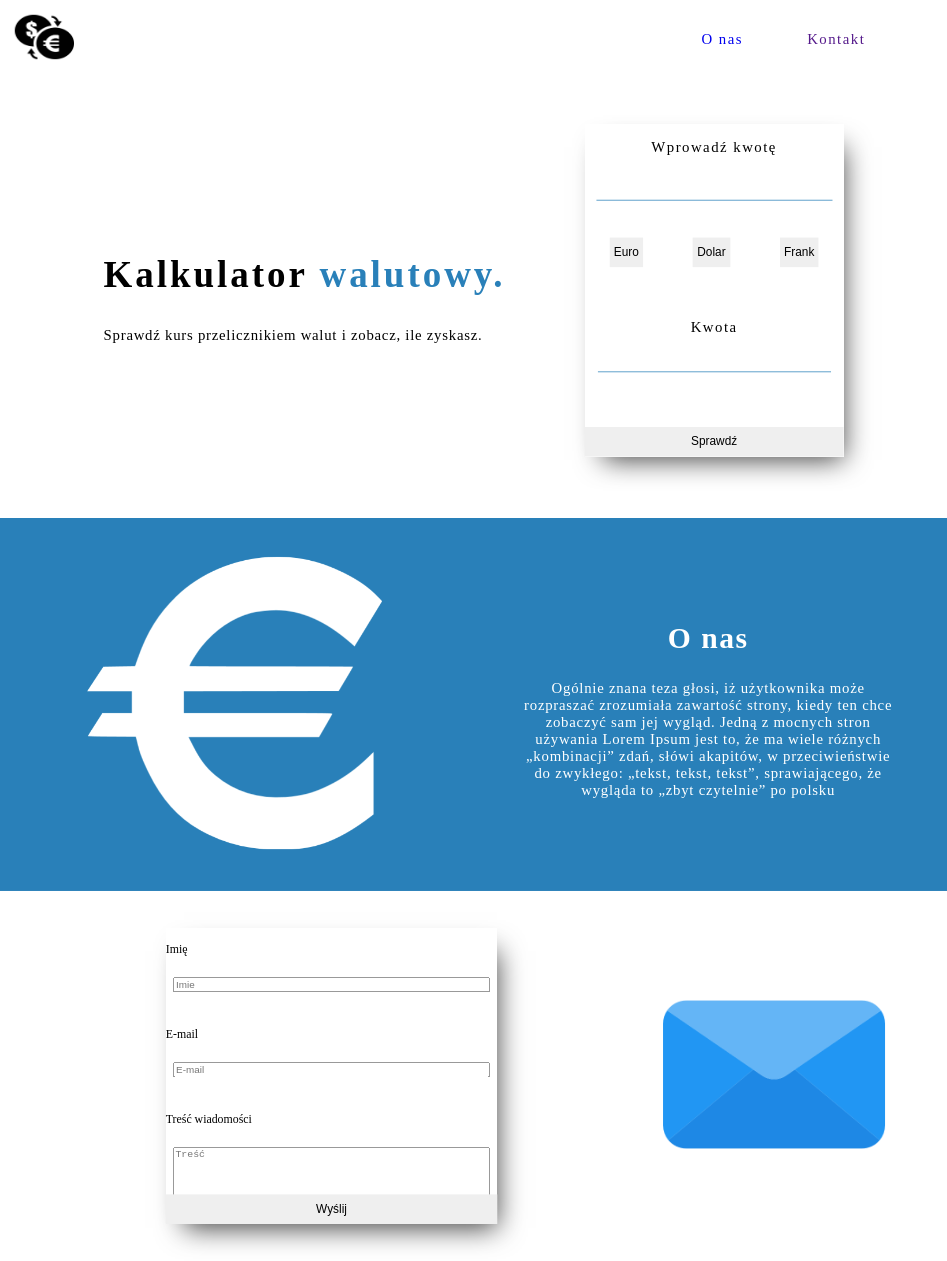
Repository: SebastianArmata22/Kalkulator-walut
Page: index.html
The author's editor kept a copy of each file at every save. The page is drawn from the files as they stood at one save, then again after the next save.
The browser window is 1280 px wide. The pictures show the whole page, at 74% of full size.

Above is the page before, as saved 2020-10-24 14:10:50.

### index.html
<!DOCTYPE html>

<html>
    <head>
        <meta charset="utf-8">
        <meta http-equiv="X-UA-Compatible" content="IE=edge">
        <title>Kalkulator walut</title>
        <meta name="description" content="">
        <meta name="viewport" content="width=device-width, initial-scale=1">
        <link rel="stylesheet" href="style.css">
    </head>
    <body>

    <div class="container">
        <nav>
        <div class="menu-container">
            <div class="logo">
                <img src="./photos/logo.png">
            </div>
            <div class="menu">
                <ul>
                    <li><a href="#about-us">O nas</a></li>
                    <li><a href="">Kontakt</a></li>
                </ul>
            </div>
        </div>
        </nav>
        <section>
        <div class="main-content">
            <div class="calculator-content">
            <div class="text">
                <h1>Kalkulator <span>walutowy.</span></h1>
                <p>Sprawdź kurs przelicznikiem walut i zobacz, ile zyskasz.</p>
            </div>
            <div class="calculator ">
                <label for="inputNumber" class="text-label">Wprowadź kwotę</label><br>
                <input type="text" id="inputNumber">
                    <div class="inp-div">
                        <button id="euro">Euro</button>
                        <button id="euro">Dolar</button>
                        <button id="euro">Frank</button>
                    </div>
                <label for="outputNumber" class="text-label"> Kwota</label><br>
                <div id="outputNumber"></div>
                <button id="check">Sprawdź</button>
            </div>
        </div>
        <div class="about-us" id="about-us">
            <div class="photo-euro">
                <img src="./photos/euro-512.png">
            </div>
            <div class="abous-us-contact">
                <h1>O  nas</h1>
                <p>Ogólnie  znana  teza  głosi,  iż  użytkownika  może  rozpraszać  zrozumiała
                    zawartość  strony, kiedy ten chce zobaczyć sam jej wygląd.
                    Jedną z mocnych stron używania Lorem Ipsum jest to, że ma wiele różnych
                     „kombinacji” zdań, słówi akapitów, w przeciwieństwie do zwykłego: „tekst,
                        tekst,   tekst”,   sprawiającego,   że   wygląda   to   „zbyt   czytelnie”
                           po   polsku</p>
            </div>
        </div>
        </section>
        <div class="contact">
            <div class="contact-form-container">
            <form class="contact-form">
                <label for="">Imię</label><br />
                <input class="name" type="text" placeholder="Imie"><br />
                <label for="">E-mail</label><br />
                <input class="email" type="email" placeholder="E-mail"><br />
                <label for="">Treść wiadomości</label><br />
                <textarea class="text-area"  placeholder="Treść"></textarea>
                <button class="">Wyślij</button>

            </form>
        </div>
            <div class="contact-img">
                <img src="./photos/email.png">
            </div>
        </div>
    </div>
    </div>
        <script src="script.js" ></script>
    </body>
</html>

### style.css
body{
    margin: 0;
    padding: 0;
    box-sizing: border-box;
}
.container{
width: 100%;
}
.menu-container{
    position: relative;
    display: flex;
    align-items: center;
}
.logo img{
    position: relative;
    top: 0;
    left: 0;
    height: 60px;
    width: 80px;
    padding: 20px;
}
.menu{

    position: absolute;
    right: 0;
   margin-right: 50px;
}
.menu ul li{
    display: inline-flex;
    justify-content: space-around;
}
.menu ul li a{
    display: flex;
    text-decoration: none;
    height: 50px;
    width: 100px;
    justify-content: center;
    align-items: center;
    font-size: 20px;
    letter-spacing: 2px;
    margin-right: 50px;
}

.menu ul li a:hover{
    border-bottom: 5px solid #2980b9;
    margin-bottom: -5px;
    transition: all 0.3s ease-out;

}
.main-content{
    display: flex;
    align-items: center;
    justify-content: center;
    flex-wrap: wrap;
}
.calculator-content{
    min-width: 1000px;
    height: 80vh;
    display: flex;
    align-items: center;
    justify-content:space-between;
}
.calculator{
    display: flex;
    flex-direction: column;
    box-shadow: 12px 18px 35px -13px rgba(0,0,0,0.75);
    height: 450px;
    width: 350px;
    text-align: center;
}
.text h1{
    font-size: 50px;
    letter-spacing: 4px;
}
.text p{
    font-size: 20px;
    letter-spacing: 1px;

}
#outputNumber{
    width: 90%;
    height: 30px;
    border-bottom: 1px solid #2980b9;
    margin: auto;
    margin-top: 0;

}
.calculator button{
    height: 40px;
    border-style: none;
    font-size: 16px;
}
.calculator button:hover{
    background-color: #2980b9;
    color: white;
    transition: all 0.3s ease-out;
}
.calculator input[type=text]{
    border-style: none;
    height: 40px;
    border-bottom: 1px solid #2980b9;
    width: 90%;
    margin: auto;
    margin-top: 0px;
    margin-bottom: 50px;
}
.text-label{
    margin-top: 20px;
    font-size: 20px;
    letter-spacing: 2px;
}

.inp-div{
    display: flex;
    flex-direction: row;
    align-items: center;
    justify-content: space-around;

}

.inp-div button{
margin-bottom: 50px;
}
.text span{
    color: #2980b9;
}
.about-us{
    display: flex;
    justify-content: space-around;
    align-items: center;
    margin-top: 20px;
    text-align: center;
    background-color: #2980b9;
}
.about-us img{
    height: 400px;
}
.abous-us-contact{
    width: 40%;
}
.abous-us-contact h1{
    letter-spacing: 2px;
    font-size: 40px;
    color: white;
}
.abous-us-contact p{
    font-size: 20px;
    letter-spacing: 1px;
    color: white;

}
.photo-euro{
    padding: 50px;
}
.contact{
    display: flex;
    align-items: center;
    justify-content: space-s;
    margin: 50px 0 50px 0;
}
.contact-form{
    display: flex;
    flex-direction: column;
    box-shadow: 12px 18px 35px -13px rgba(0,0,0,0.75);
    width: 50%;
    height: 400px;
    position: relative;
    text-align: left;

}
.contact-form input {
    margin: 10px;
}
.contact-form textarea
{
    margin: 10px;
    height: 100px;
}
.contact-form label {
    margin: 20px 0 0 0;
}
.contact-form button{
position: absolute;
bottom: 0;
width: 100%;
height: 40px;
border-style: none;
font-size: 16px;
}
.contact-form button:hover{
    background-color: #2980b9;
    color: white;
    transition: all 0.3s ease-out;
}

.contact-form-container{
    width: 70%;
    display: flex;
    align-items: center;
    justify-content: center;
}
.contact-img img{
max-width: 300px;

}

Loaded but not shown: script.js (no copy from this time; the picture is the same without it)

After the next save:
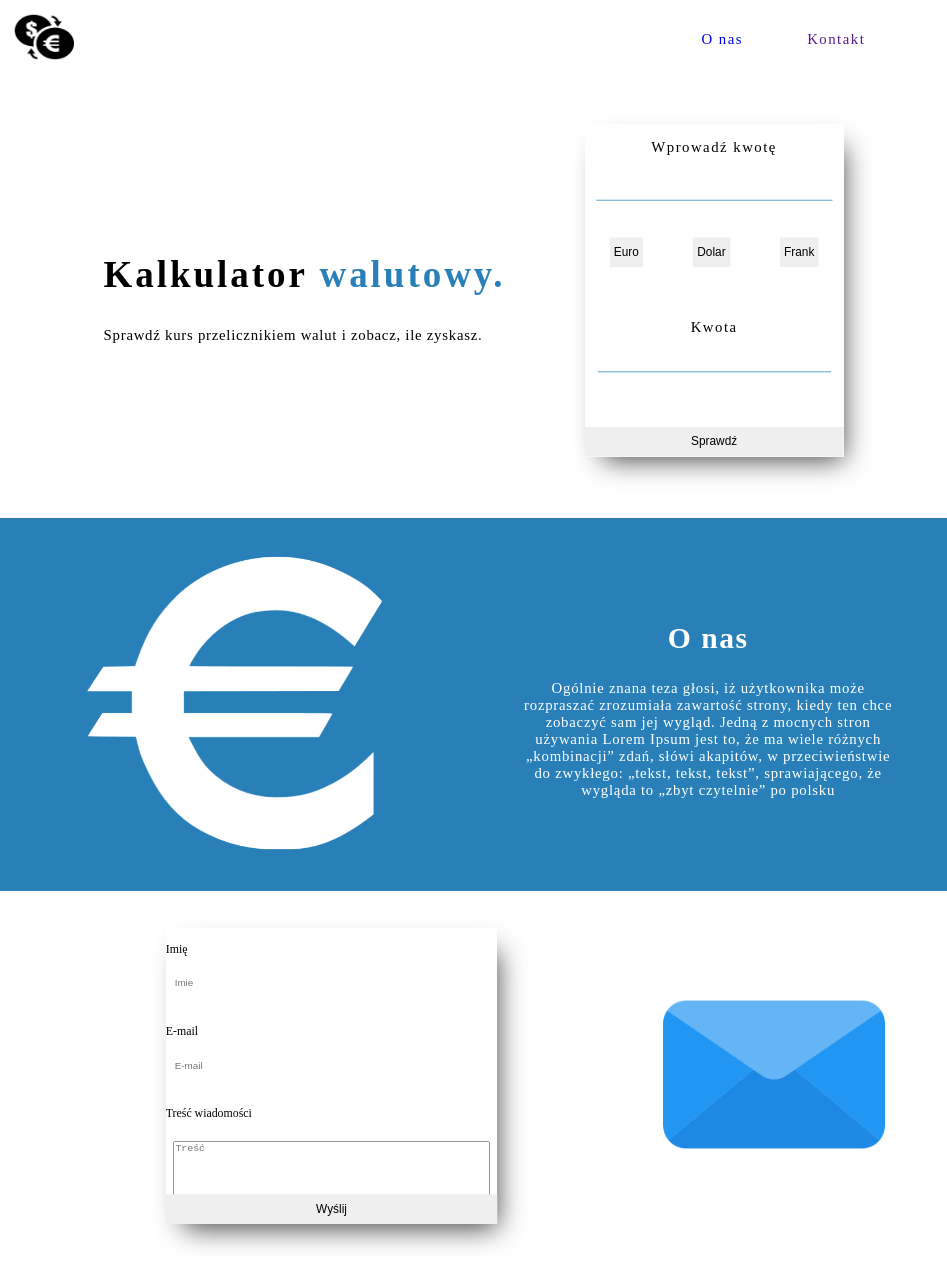
Saved 33 s later.
--- a/style.css
+++ b/style.css
@@ -170,6 +170,7 @@ margin-bottom: 50px;
 }
 .contact-form input {
     margin: 10px;
+    border-style: none;
 }
 .contact-form textarea
 {
